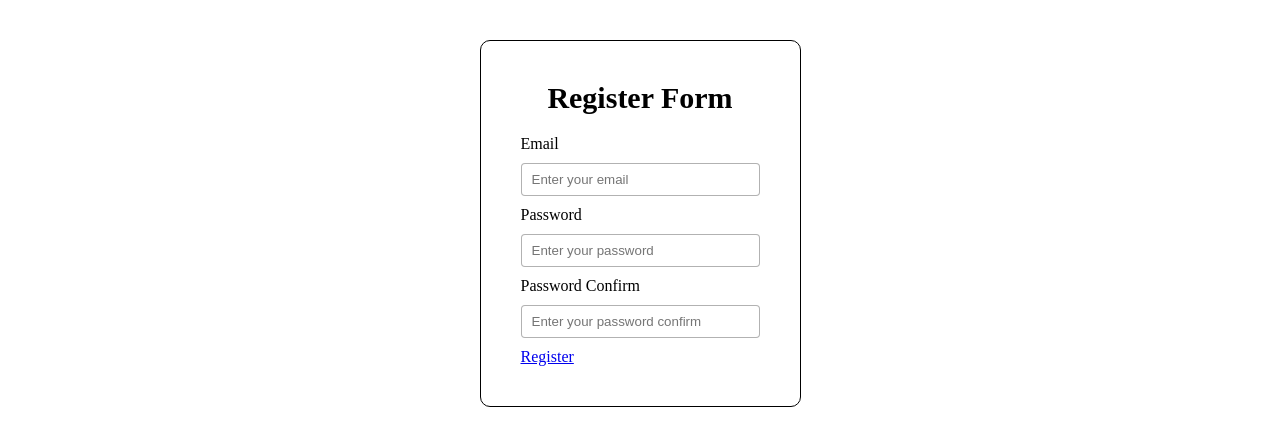
Repository: nptg3105/Register-form
Page: index.html
An editor plug-in stored every save of this project. The page is shown before and after the next save, followed by the edit.
The browser window is 1280 px wide. The pictures show the whole page.
Some web libraries are served in a nearby version.

Above is the page before, as saved 2022-01-05 21:56:02.

### index.html
<!DOCTYPE html>
<html lang="en">
  <head>
    <meta charset="UTF-8" />
    <meta http-equiv="X-UA-Compatible" content="IE=edge" />
    <meta name="viewport" content="width=device-width, initial-scale=1.0" />
    <title>Document</title>
    <link rel="stylesheet" href="style.css" />
  </head>
  <body>
    <div id="register-form"></div>

    <script
      src="https://unpkg.com/react@17/umd/react.production.min.js"
      crossorigin
    ></script>
    <script
      src="https://unpkg.com/react-dom@17/umd/react-dom.production.min.js"
      crossorigin
    ></script>
    <script src="https://unpkg.com/babel-standalone@6/babel.min.js"></script>
    <script type="text/babel" src="main.js"></script>
  </body>
</html>

### style.css
* {
  box-sizing: border-box;
  margin: 0;
  padding: 0;
}
.register {
  background-color: #fff;
  max-width: max-content;
  margin: 40px auto;
  padding: 40px;
  border: 1px solid #000;
  border-radius: 10px;
}
.title {
  text-align: center;
  font-weight: bold;
  font-size: 30px;
  margin-bottom: 20px;
}
#email,
#password,
#password-confirm {
  margin: 10px 0;
  width: 100%;
  padding: 8px 50px 8px 10px;
  border-radius: 4px;
  border: 1px solid rgba(0, 0, 0, 0.3);
}

### main.js
const registerForm = document.querySelector("#register-form");
const form = (
  <div className="register">
    <h2 className="title">Register Form</h2>
    <form>
      <label for="email">Email</label>
      <br />
      <input
        placeholder="Enter your email"
        type="email"
        id="email"
        name="mail"
      />
      <br />
      <label for="password">Password</label>
      <br />
      <input
        placeholder="Enter your password"
        type="password"
        id="password"
        name="pass"
      />
      <br />
      <label for="password-confirm">Password Confirm</label>
      <br />
      <input
        placeholder="Enter your password confirm"
        type="password"
        id="password-confirm"
        name="pass-confirm"
      />
    </form>
    <a href="#">Register</a>
  </div>
);
ReactDOM.render(form, registerForm);

After the next save:
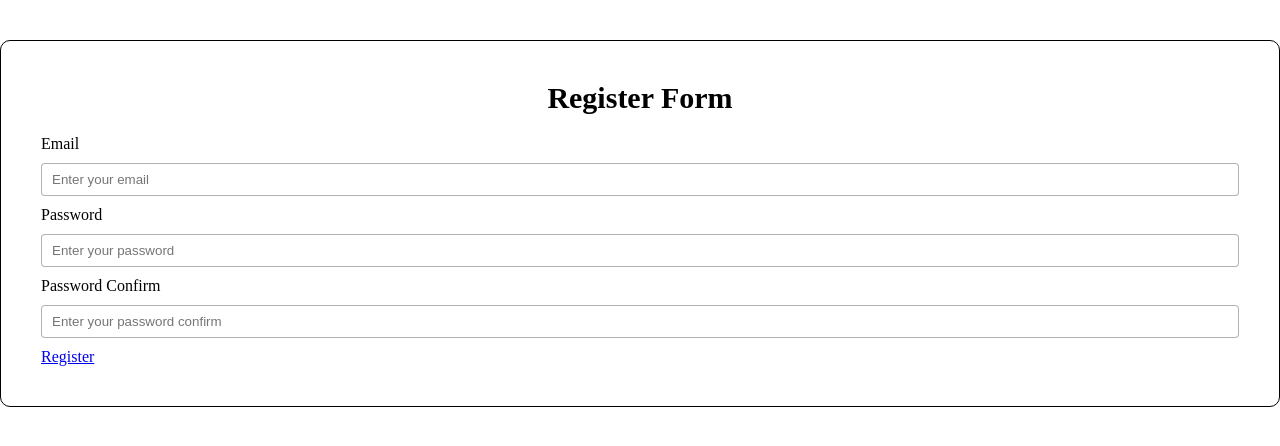
Saved 21 s later.
--- a/style.css
+++ b/style.css
@@ -5,7 +5,7 @@
 }
 .register {
   background-color: #fff;
-  max-width: max-content;
+  min-width: max-content;
   margin: 40px auto;
   padding: 40px;
   border: 1px solid #000;
